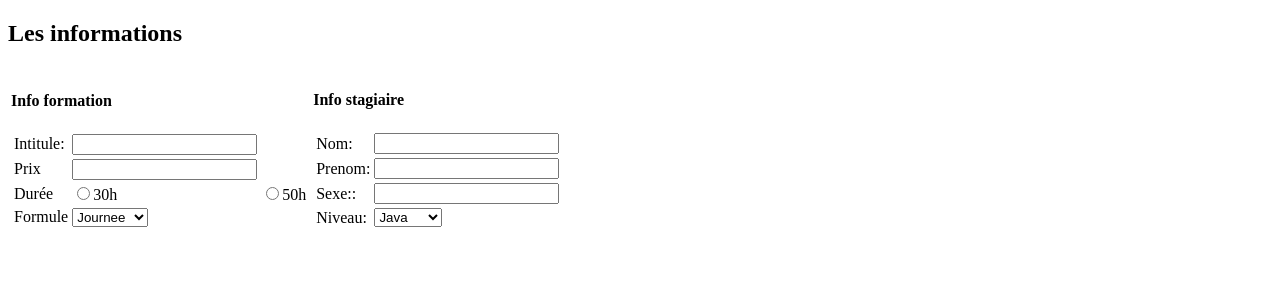
Repository: imouahrani/Gestion-des-stagiaires_JAVAEE
Page: http://localhost/TestProject/Formation.jsp
These files come from the project's save history. The page is drawn as it stood at one moment and after the next save; the edit follows.
The browser window is 1280 px wide. The pictures show the whole page.
The page is served by Tomcat 9. Other server files are loaded and not shown. The template is opened directly, without the code that normally fills it, so the values that code supplies are empty.

Above is the page before, as saved 2018-08-01 12:43:58.

### Formation Java Entreprise Edition/TestProject/WebContent/Formation.jsp
<%@ page language="java" contentType="text/html; charset=UTF-8"
	pageEncoding="UTF-8"%>
<!DOCTYPE html PUBLIC "-//W3C//DTD HTML 4.01 Transitional//EN" "http://www.w3.org/TR/html4/loose.dtd">
<html>
<head>
<meta http-equiv="Content-Type" content="text/html; charset=UTF-8">
<title>Insert title here</title>
</head>
<body>

	<b style="color: red"> <%
 	String message = (String) request.getAttribute("m");
 	if (message != null)
 		out.println(message);
 %>
	</b>
	<h2>Les informations</h2>

	<form action="TraiteFormation" method="post">
		<table>
			<tr>
				<td>
					<h4>Info formation</h4>

					<table>

						<tr>
							<td>Intitule:</td>
							<td><input type="text" name="intitule"></td>


						</tr>
                     <tr>
							<td>Prix</td>
							<td><input type="text" name="prix"></td>


						</tr>
						<tr>
							<td>Durée</td>
							<td><input type="radio" name="duree">30h</td>
					         <td><input type="radio" name="duree">50h</td>



						</tr>

						<tr>
							<td>Formule</td>
							<td>

							<select name = "formule">
							<option>Journee</option>
							<option>Soir</option>
							<option>weekend</option>






							</select>







							</td>


						</tr>






					</table>







				</td>


				<td>


				<table>


					<h4>Info stagiaire</h4>


<tr>
							<td>Nom:</td>
							<td><input type="text" name="nom"></td>


						</tr>
<tr>
							<td>Prenom:</td>
							<td><input type="text" name="prenom"></td>


						</tr>

<tr>
							<td>Sexe::</td>
							<td><input type="text" name="sexe"></td>


						</tr>
<tr>
							<td>Niveau:</td>
							<td>

							<select name="f">
							<option>Java</option>
							<option>Python</option>
							<option>JavaEE</option>






							</select>







							</td>


						</tr>

















				</table>













				</td>

			</tr>





</table>
</form>

</body>
</html>

After the next save:
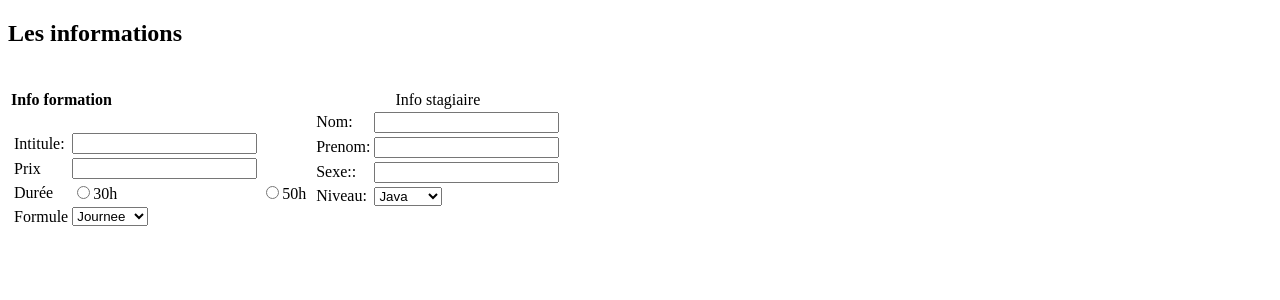
Saved 14 s later.
--- a/Formation Java Entreprise Edition/TestProject/WebContent/Formation.jsp
+++ b/Formation Java Entreprise Edition/TestProject/WebContent/Formation.jsp
@@ -94,7 +94,7 @@
 				<table>
 
 
-					<h4>Info stagiaire</h4>
+					<caption>Info stagiaire</caption>
 
 
 <tr>
